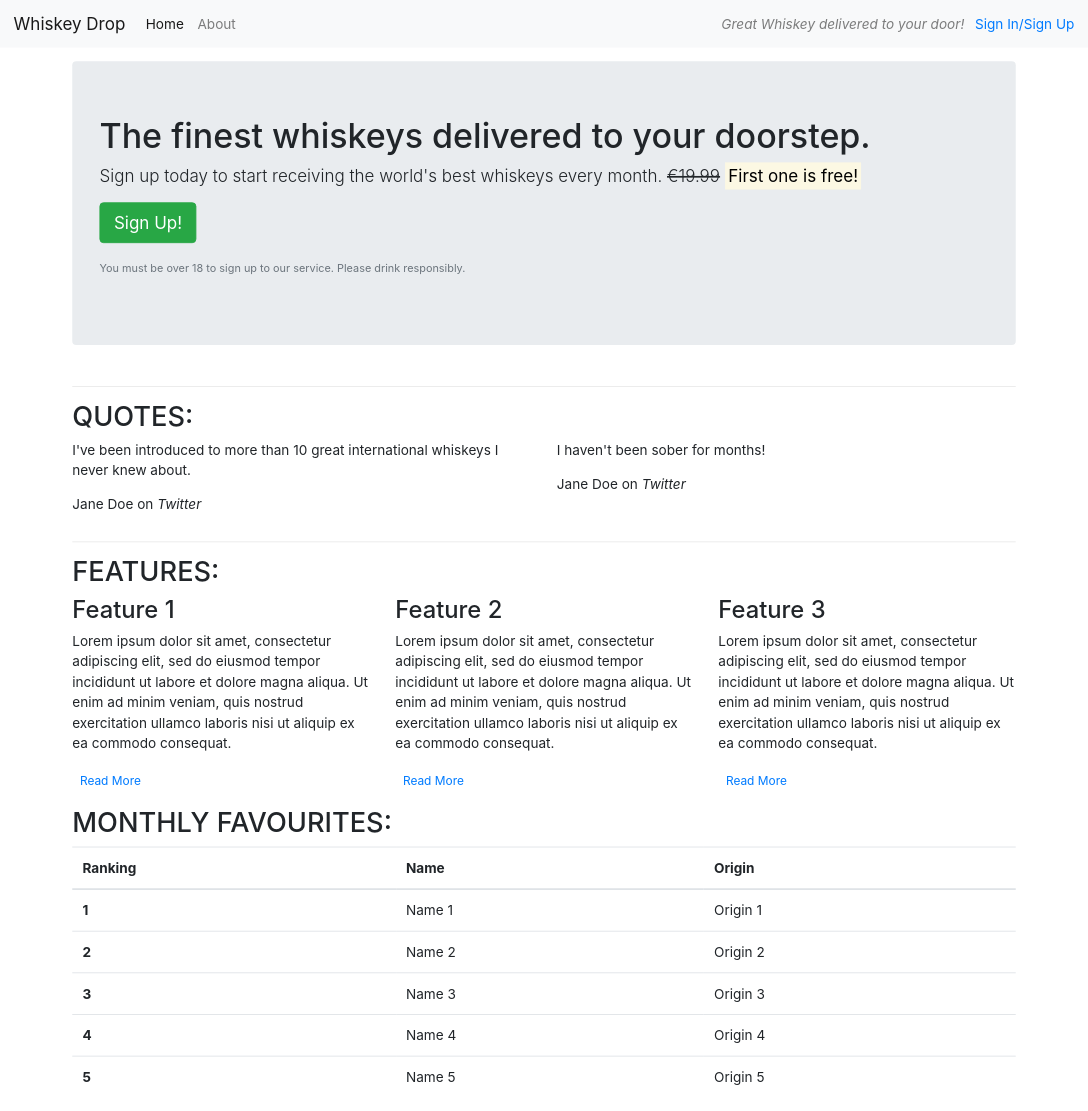
Repository: ElaineArchbold/bootstrap_landing_page1
Page: index.html
The author's editor kept a record of every edit. The page is drawn from the files as they stood at one moment, then again after the next edit.
The browser window is 1280 px wide. The pictures show the whole page, at 85% of full size.

Above is the page before.

After the next edit:
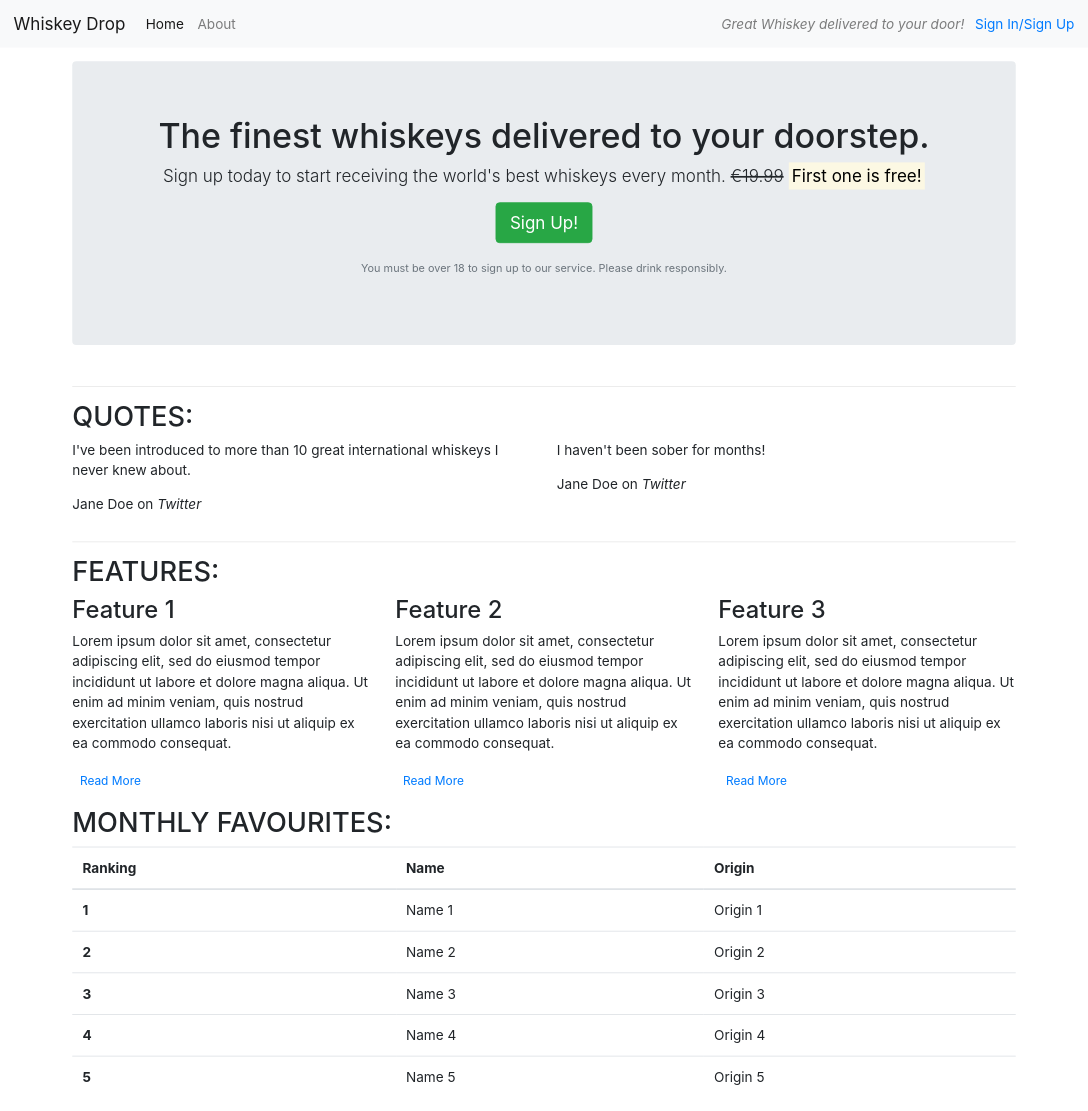
The edit:
--- a/index.html
+++ b/index.html
@@ -30,7 +30,7 @@
         <!-- Callout -->
         <div class="row">
             <div class="col-12">
-                <section class="callout jumbotron">
+                <section class="callout jumbotron text-center">
                     <h1>The finest whiskeys delivered to your doorstep.</h1>
                     <p class="lead">Sign up today to start receiving the world's best whiskeys every month. <s class="d-none d-sm-inline"><!--this hides this text on mobile-->€19.99</s>
                         <span class="d-inline d-sm-none"><br></span>
